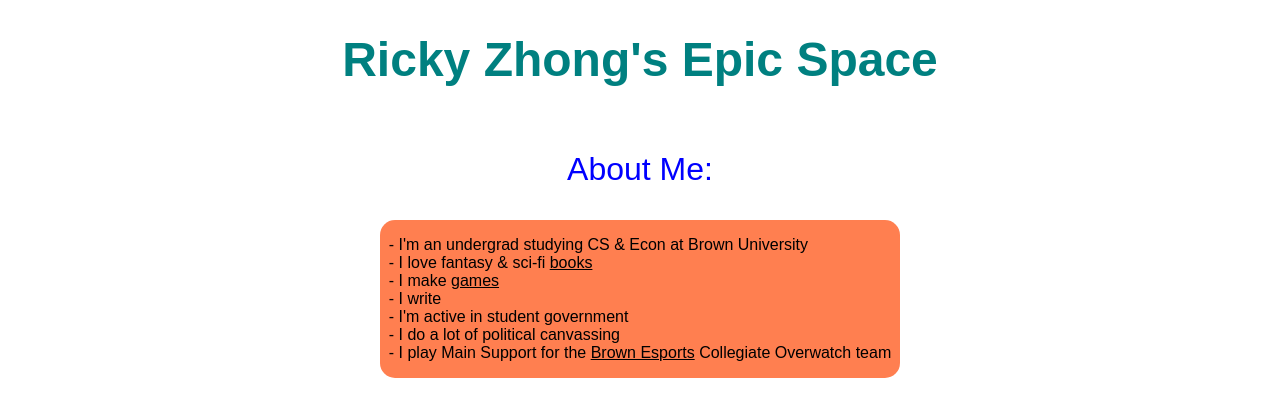
Repository: rickydaricky/rickydaricky.github.io
Page: index.html
These files come from the project's save history. The page is drawn as it stood at one moment and after the next save; the edit follows.
The browser window is 1280 px wide. The pictures show the whole page.

Above is the page before, as saved 2023-03-31 11:29:44.

After the next save:
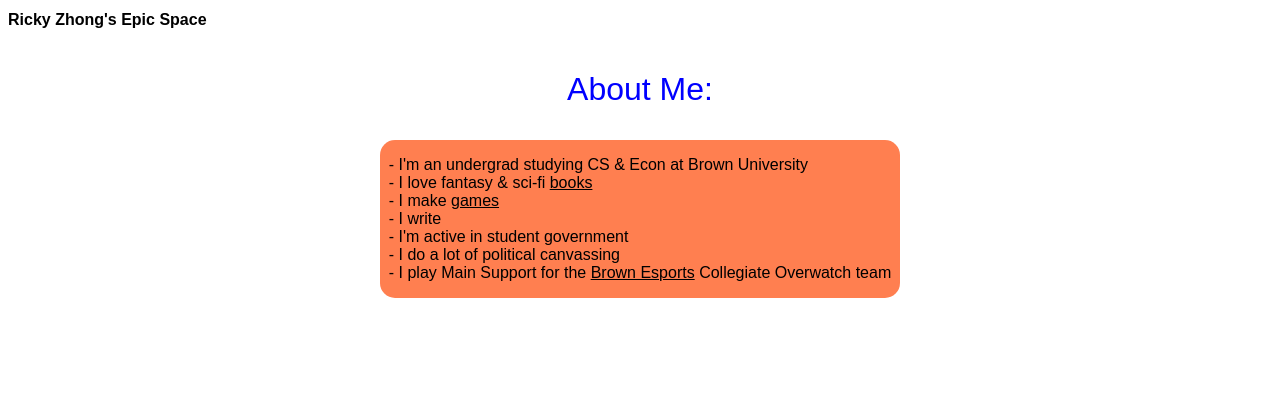
Saved 116 min 21 s later.
--- a/index.html
+++ b/index.html
@@ -9,7 +9,7 @@
 
 <html>
   <body>
-    <h1 class="title">Ricky Zhong's Epic Space</h1>
+    <h1 class="name">Ricky Zhong's Epic Space</h1>
     <div class="about-container">
       <div><p class="about about-container-child">About Me:</p></div>
       <div class="break"></div>
